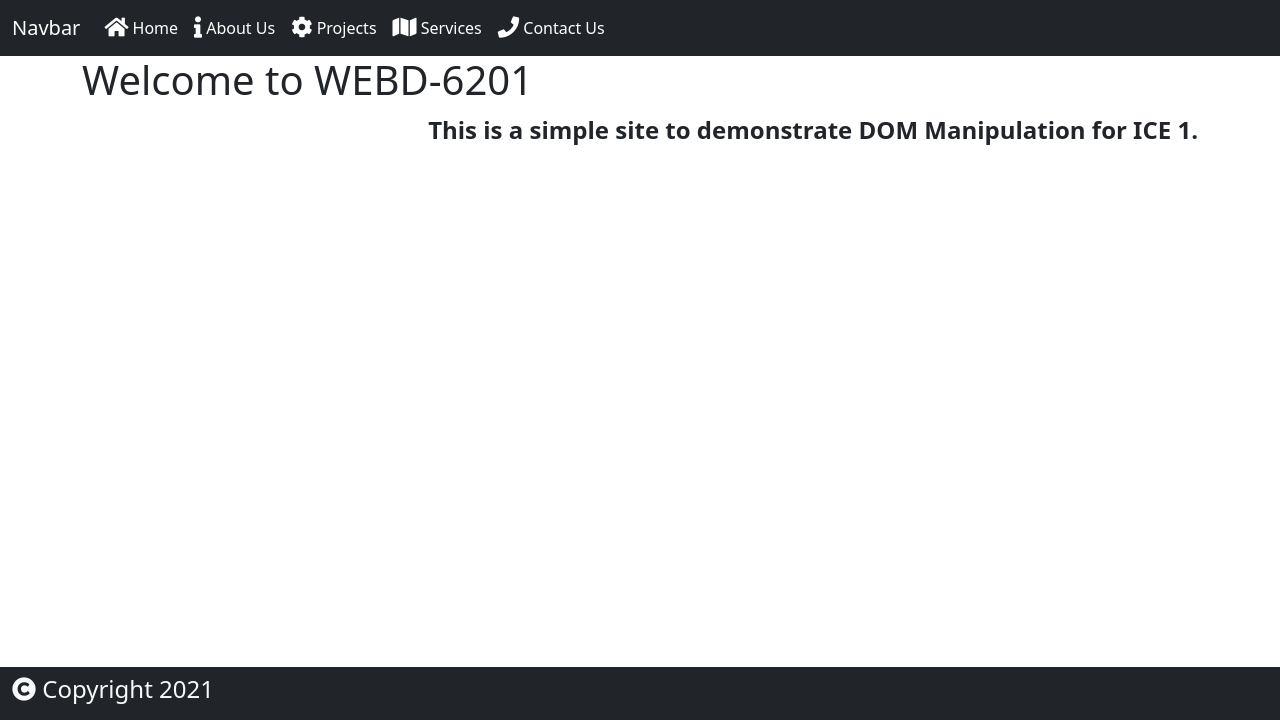
Repository: CKM206/WEBD6201-W2021---ICE1
Page: index.html
These files come from the project's save history. The page is drawn as it stood at one moment and after the next save; the edit follows.
The browser window is 1280 px wide. The pictures show the whole page.

Above is the page before, as saved 2021-01-20 09:44:52.

After the next save:
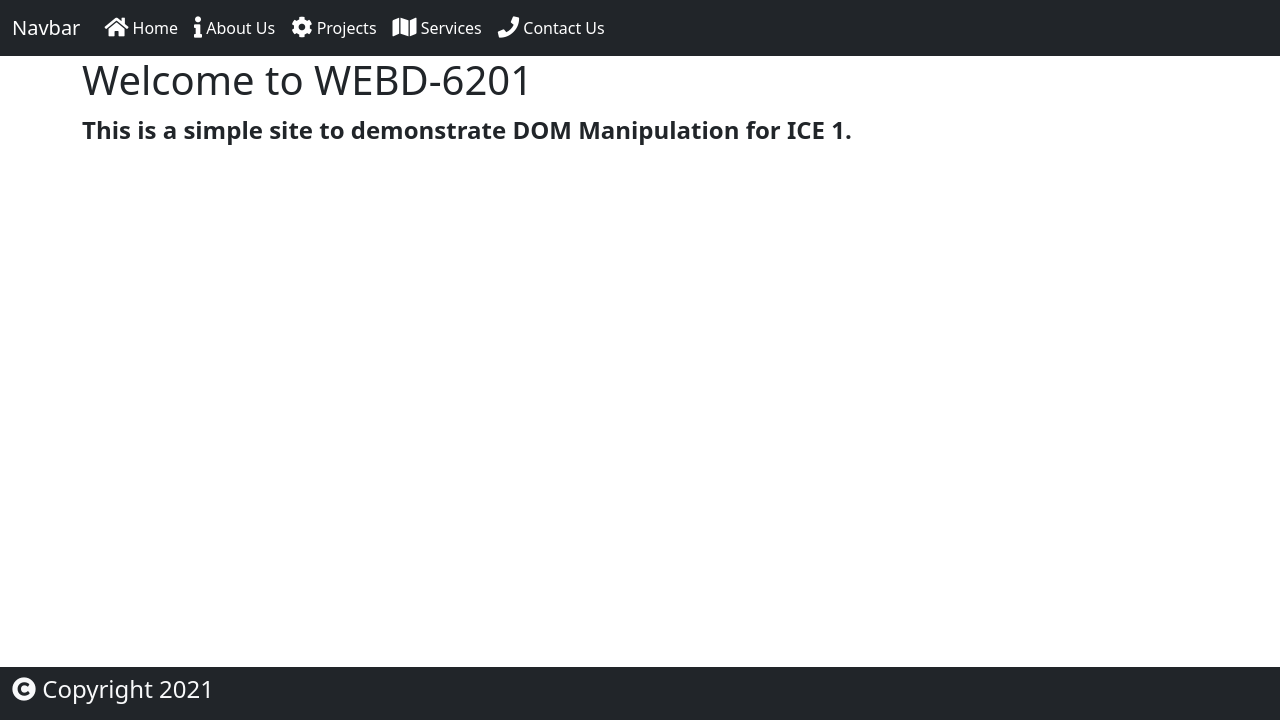
Saved 6 s later.
--- a/Scripts/app.js
+++ b/Scripts/app.js
@@ -36,7 +36,7 @@
         //paragraphOneElement.style = "color: blue;";
 
         // We can change the class of an element as well...
-        paragraphOneElement.className = "fs-4 fw-bold text-end";
+        paragraphOneElement.className = "fs-4 fw-bold";
 
 
     }
